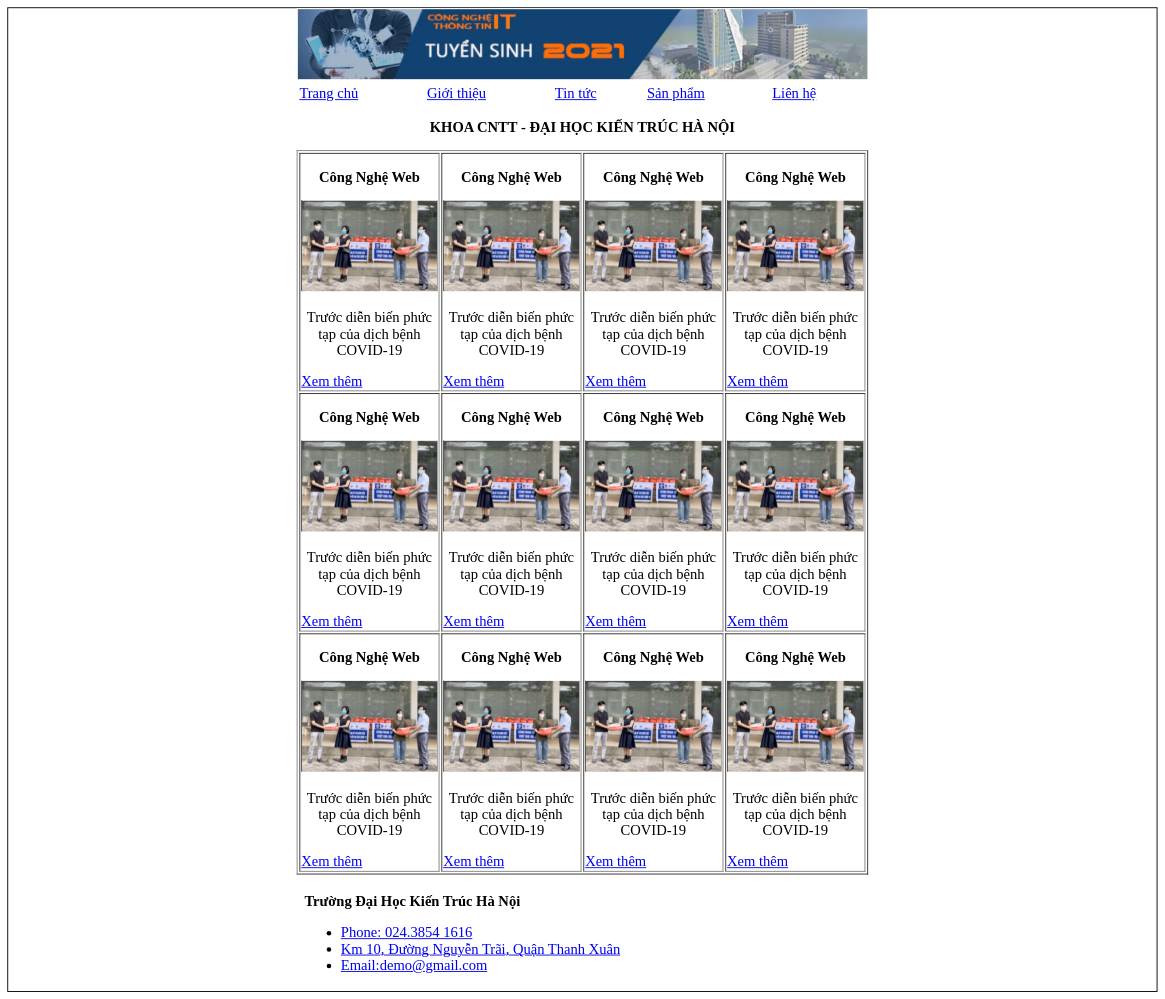
Repository: longtn213/Frond_end_HTML-CSS
Page: Front-End/Demohtml/baitapbuoi2.html
The author's editor kept a copy of each file at every save. The page is drawn from the files as they stood at one save, then again after the next save.
The browser window is 1280 px wide. The pictures show the whole page, at 91% of full size.

Above is the page before, as saved 2021-09-09 14:50:38.

After the next save:
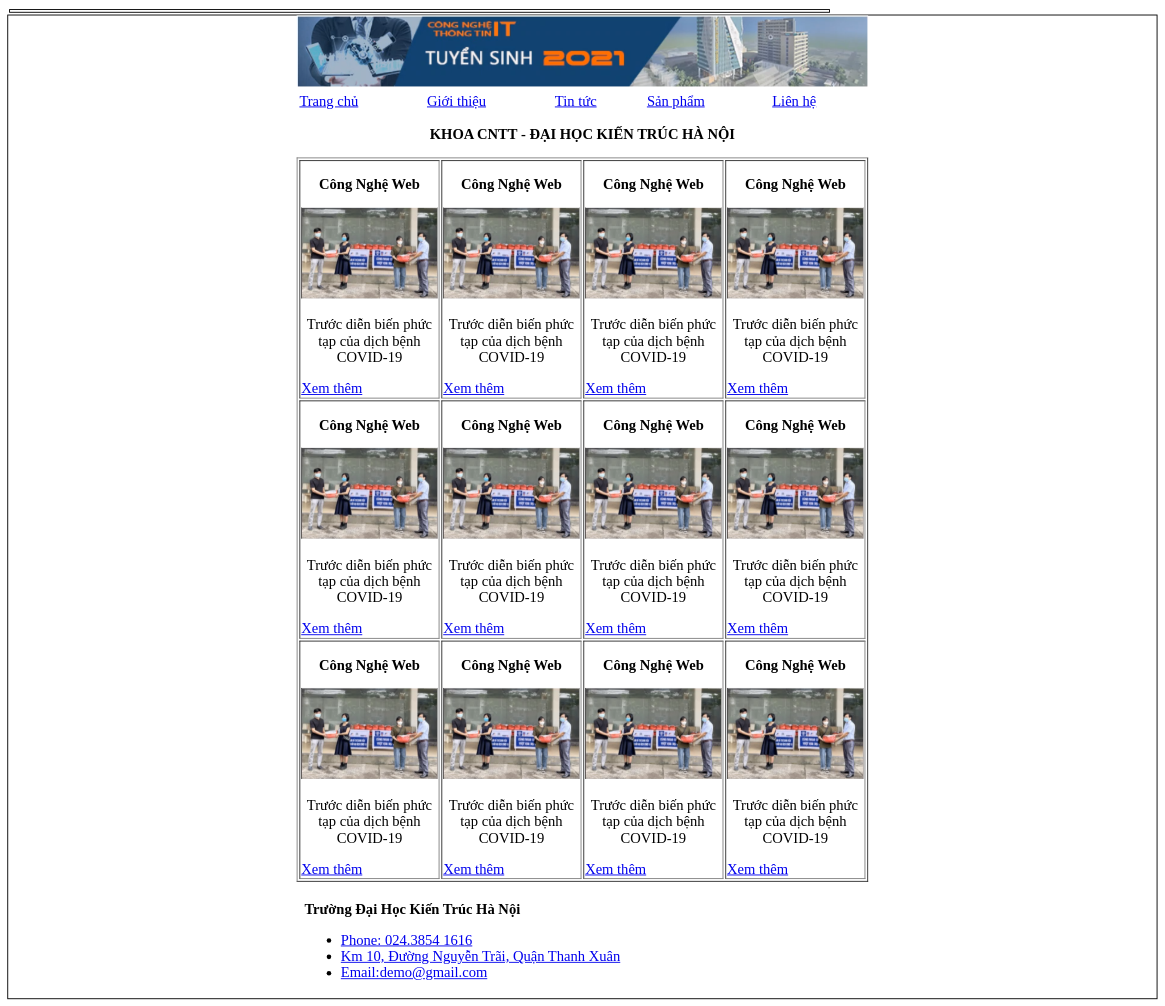
Saved 62 s later.
--- a/Front-End/Demohtml/baitapbuoi2.html
+++ b/Front-End/Demohtml/baitapbuoi2.html
@@ -12,8 +12,12 @@
 	</style>
 </head>
 
-<body >
-
+<body>
+	<table>
+		<tr>
+			<th style="border: 1px solid #000; padding: 1px 450px;"></th>
+		</tr>
+	</table>
 	<center style="border: 1px solid #000;">
 		<img class="anhtop" width="628px" src="./img/slider.png"">
 
